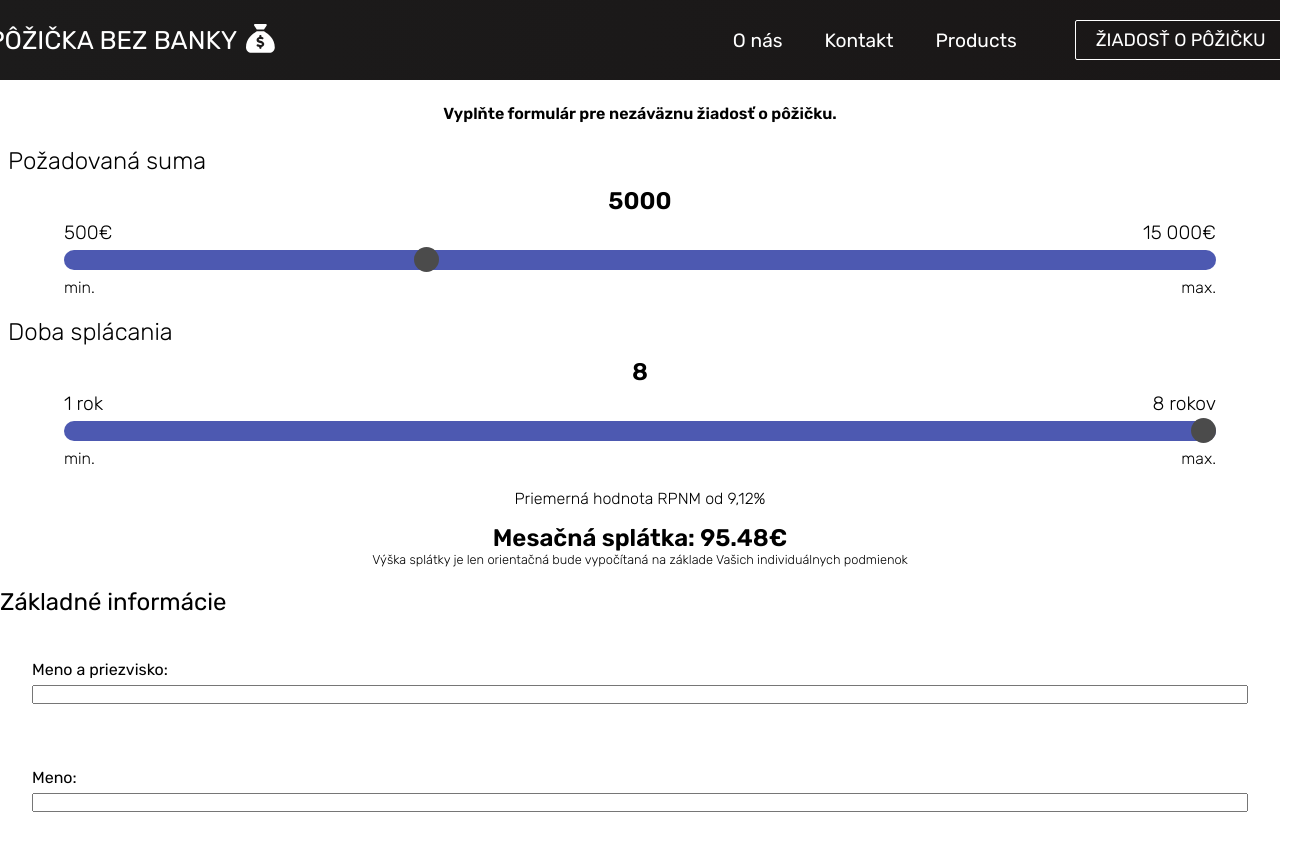
Repository: steve-lgtm/React-website-pozickabezbanky
Page: /ziadost
These files come from the project's save history. The page is drawn as it stood at one moment and after the next save; the edit follows.
The browser window is 1280 px wide. The page is 1305 px wide, so the pictures cover 1305 px, including what lies to the right of the window. The pictures show the whole page.
Some web libraries are served in a nearby version. The project was rebuilt for these pictures with package versions that can differ from the ones it lists, and the page was loaded fresh each time. Also part of the build but not shown: src/components/pages/Home.js, src/components/pages/Kontakt.js, src/components/pages/Products.js.

Above is the page before, as saved 2022-07-09 00:14:22.

After the next save:
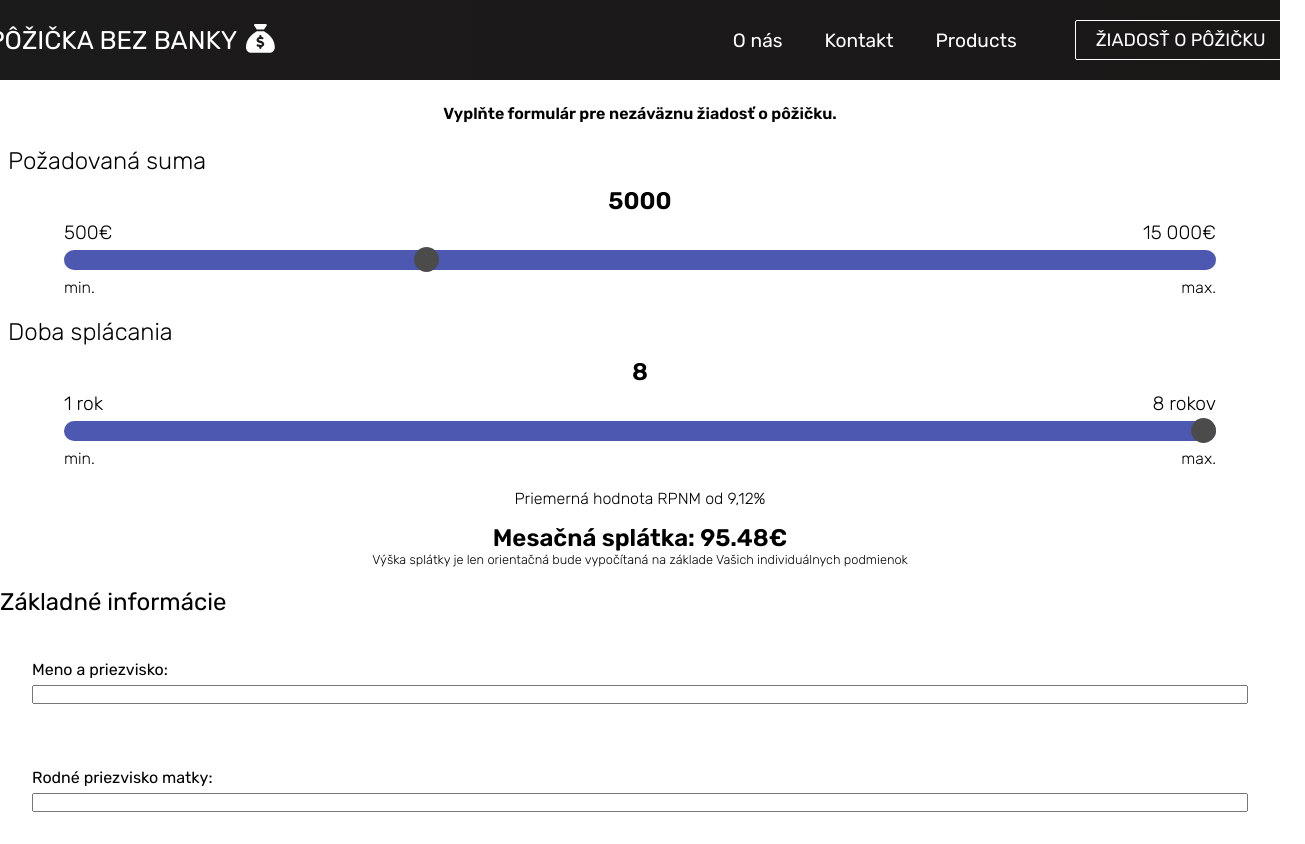
Saved 17 s later.
--- a/src/components/pages/Ziadost.js
+++ b/src/components/pages/Ziadost.js
@@ -114,7 +114,7 @@ export default function Ziadost() {
       <input required type="text" name="Meno" id="nameid" size="15" maxlength="50" oninvalid="alert('Vyplňte meno!');"/>
       </div>
       <div className='personal-data-field'>
-      <label for="nameElm">Meno:</label>
+      <label for="nameElm">Rodné priezvisko matky:</label>
       <input required type="text" name="Meno" id="nameid" size="15" maxlength="50" oninvalid="alert('Vyplňte meno!');"/>
             </div>
             </div>
